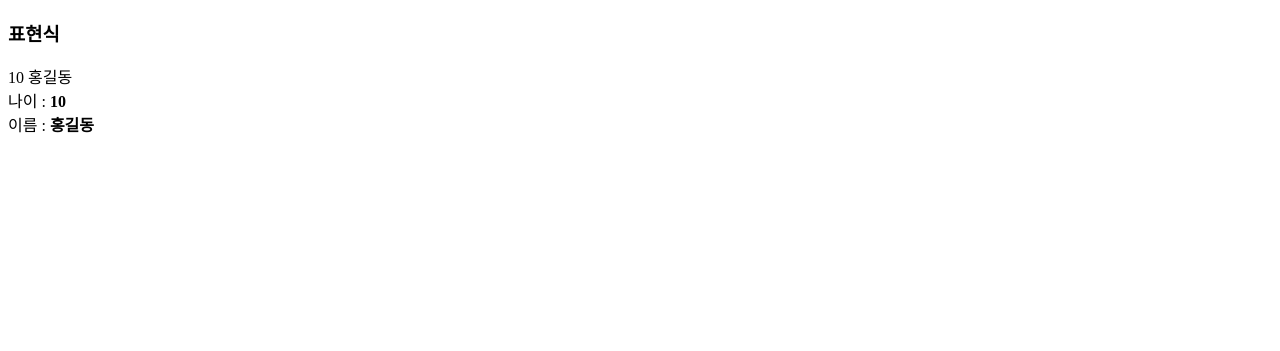
Repository: sun2898/JSP
Page: http://localhost/JSPBasic/jsptag/scriptlet02.jsp
These files come from the project's save history. The page is drawn as it stood at one moment and after the next save; the edit follows.
The browser window is 1280 px wide. The pictures show the whole page.
The page is served by Tomcat 9. Nobody is signed in. The application's start-up code is not run.

Above is the page before, as saved 2023-06-01 05:51:26.

After the next save:
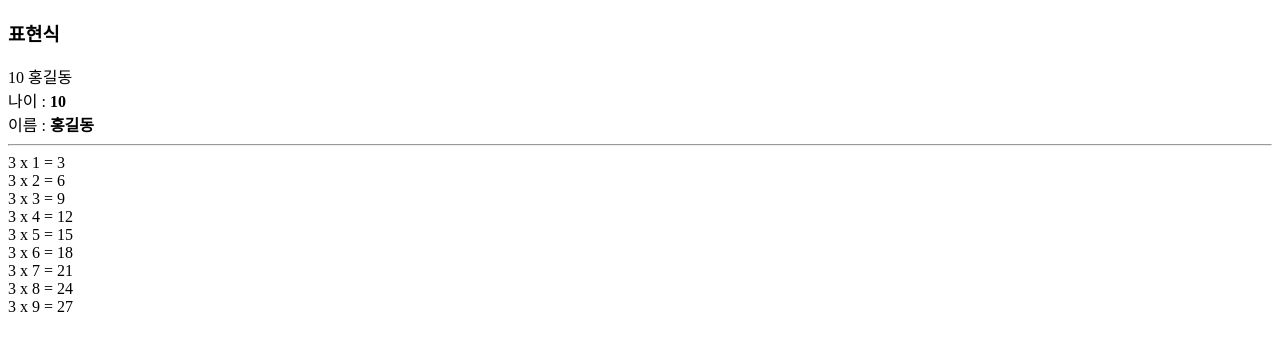
Saved 38 min 21 s later.
--- a/JSPBasic/src/main/webapp/jsptag/scriptlet02.jsp
+++ b/JSPBasic/src/main/webapp/jsptag/scriptlet02.jsp
@@ -25,6 +25,11 @@
 	나이 : <b><%= a %></b><br/>
 	이름 : <b><%= str %></b>
 
+	<hr>
+
+	<% for(int i = 1; i <= 9; i++) { %>
+	3 x <%=i %> = <%=3 * i %> <br>
+	<%} %>
 
 
 
